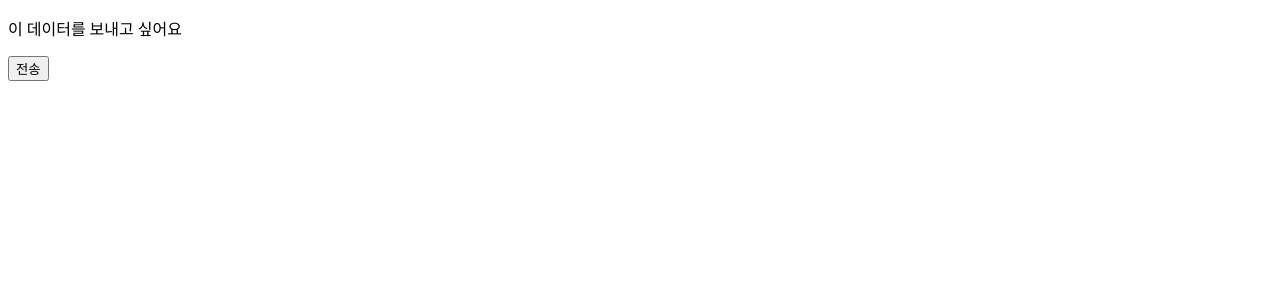
Repository: MySunTY/JSP
Page: http://localhost/JSP06/
The author's editor kept a copy of each file at every save. The page is drawn from the files as they stood at one save, then again after the next save.
The browser window is 1280 px wide. The pictures show the whole page.
The page is served by Tomcat 9.

Above is the page before, as saved 2024-05-10 06:24:33.

### JSP06/src/main/webapp/index.jsp
<%@ page language="java" contentType="text/html; charset=utf-8"
    pageEncoding="utf-8"%>
<!DOCTYPE html>
<html>
	<head>
		<meta charset="utf-8">
		<title>일반 태그의 값 전송</title>
	</head>
	<body>
		<form method="get" action="next.jsp">
			<p>이 데이터를 보내고 싶어요</p>
			<input type="hidden" value="" name="data">
			<input type="submit" value="전송">


		</form>
		<script>
			let ptag = document.getElementsByTagName("p")[0];
			let value = ptag.innerHTML;
			console.log(value);
		</script>

	</body>
</html>

After the next save:
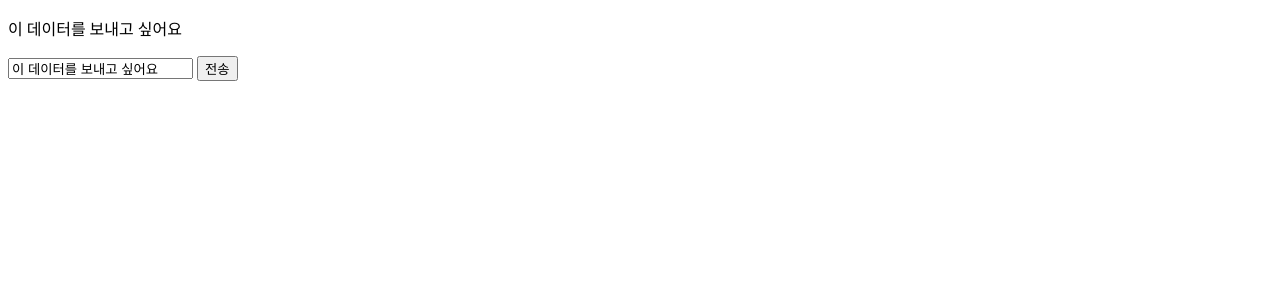
Saved 75 s later.
--- a/JSP06/src/main/webapp/index.jsp
+++ b/JSP06/src/main/webapp/index.jsp
@@ -9,7 +9,7 @@
 	<body>
 		<form method="get" action="next.jsp">
 			<p>이 데이터를 보내고 싶어요</p>
-			<input type="hidden" value="" name="data">
+			<input type="text" value="" name="data">
 			<input type="submit" value="전송">
 
 
@@ -18,6 +18,9 @@
 			let ptag = document.getElementsByTagName("p")[0];
 			let value = ptag.innerHTML;
 			console.log(value);
+
+			let hidden = document.getElementsByTagName("input")[0];
+			hidden.value = value;
 		</script>
 
 	</body>

After the save that followed:
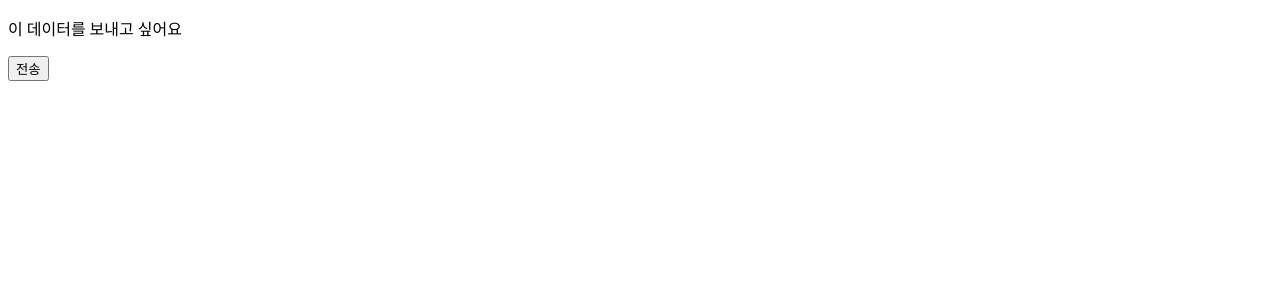
Saved 34 s later.
--- a/JSP06/src/main/webapp/index.jsp
+++ b/JSP06/src/main/webapp/index.jsp
@@ -9,7 +9,7 @@
 	<body>
 		<form method="get" action="next.jsp">
 			<p>이 데이터를 보내고 싶어요</p>
-			<input type="text" value="" name="data">
+			<input type="hidden" value="" name="data">
 			<input type="submit" value="전송">
 
 
